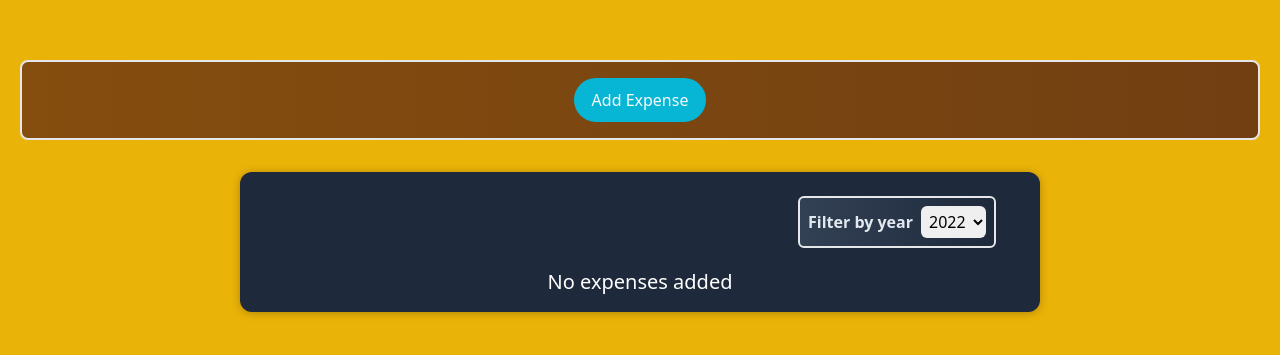
Repository: Sef24/expense-tracker
Page: /
The author's editor kept a copy of each file at every save. The page is drawn from the files as they stood at one save, then again after the next save.
The browser window is 1280 px wide. The pictures show the whole page.
The project was rebuilt for these pictures with package versions that can differ from the ones it lists, and the page was loaded fresh each time. Also part of the build but not shown: src/components/ExpenseItem.css, src/components/ExpenseDate.css, src/components/ExpenseDate.js, src/components/ExpenseItem.js, src/components/NewExpense/NewExpense.css, src/components/NewExpense/ExpenseForm.css, src/components/NewExpense/ExpenseForm.js.

Above is the page before, as saved 2022-05-03 20:27:50.

### public/index.html
<!DOCTYPE html>
<html lang="en">
  <head>
    <meta charset="utf-8" />
    <link rel="icon" href="%PUBLIC_URL%/favicon.ico" />
    <meta name="viewport" content="width=device-width, initial-scale=1" />

    <meta
      name="description"
      content="Web site created using create-react-app"
    />
    <link rel="apple-touch-icon" href="%PUBLIC_URL%/logo192.png" />
    <!--
      manifest.json provides metadata used when your web app is installed on a
      user's mobile device or desktop. See https://developers.google.com/web/fundamentals/web-app-manifest/
    -->
    <link rel="manifest" href="%PUBLIC_URL%/manifest.json" />
    <!--
      Notice the use of %PUBLIC_URL% in the tags above.
      It will be replaced with the URL of the `public` folder during the build.
      Only files inside the `public` folder can be referenced from the HTML.

      Unlike "/favicon.ico" or "favicon.ico", "%PUBLIC_URL%/favicon.ico" will
      work correctly both with client-side routing and a non-root public URL.
      Learn how to configure a non-root public URL by running `npm run build`.
    -->
    <title>React App</title>
  </head>
  <body>
    <noscript>You need to enable JavaScript to run this app.</noscript>
    <div id="root"></div>
    <!--
      This HTML file is a template.
      If you open it directly in the browser, you will see an empty page.

      You can add webfonts, meta tags, or analytics to this file.
      The build step will place the bundled scripts into the <body> tag.

      To begin the development, run `npm start` or `yarn start`.
      To create a production bundle, use `npm run build` or `yarn build`.
    -->
  </body>
</html>

### src/index.css
@tailwind base;
@tailwind components;
@tailwind utilities;

@layer base {
  body {
    @apply bg-yellow-500;
  }
}

### src/App.js
import Expenses from "./components/Expenses";
import NewExpense from "./components/NewExpense/NewExpense";
import { useState } from "react";

const DUMMY_DATA = [
  {
    id: "e1",
    title: "Phone",
    amount: 94.12,
    date: new Date(2020, 7, 14),
  },
  { id: "e2", title: "New TV", amount: 799.49, date: new Date(2021, 2, 12) },
  {
    id: "e3",
    title: "Car Insurance",
    amount: 294.67,
    date: new Date(2021, 2, 28),
  },
  {
    id: "e4",
    title: "New Desk (Wooden)",
    amount: 450,
    date: new Date(2021, 5, 12),
  },
];

function App() {
  const [expenses, setExpenses] = useState(DUMMY_DATA);

  const addExpenseHandler = (expense) => {
    setExpenses((prevExpenses) => {
      return [expense, ...prevExpenses];
    });
  };
  return (
    <div>
      <div>
        <NewExpense onAddExpense={addExpenseHandler} />
        <Expenses items={expenses} />
      </div>
    </div>
  );
}

export default App;

### src/components/Expenses.js
import React, { useState } from "react";

import "./Expenses.css";
import ExpensesList from "./ExpensesList";
import ExpensesFilter from "./NewExpense/ExpensesFilter";

function Expenses(props) {
  const [filteredYear, setFilteredYear] = useState("2022");

  const filterChangeHandler = (selectedYear) => {
    setFilteredYear(selectedYear);
  };

  const filteredExpenses = props.items.filter((expense) => {
    return expense.date.getFullYear().toString() === filteredYear;
  });

  return (
    <div>
      <div className="expenses  bg-slate-800 ... ">
        <ExpensesFilter
          selected={filteredYear}
          onChangeFilter={filterChangeHandler}
        />
        <ExpensesList items={filteredExpenses} />
      </div>
    </div>
  );
}

export default Expenses;

### src/components/NewExpense/NewExpense.js
import React from "react";
import "./NewExpense.css";
import ExpenseForm from "./ExpenseForm";
import { useState } from "react";

function NewExpense(props) {
  const [isEditing, setIsEditing] = useState(false);

  const saveExpenseDataHandler = (enteredExpenseData) => {
    const expenseData = {
      ...enteredExpenseData,
      id: Math.random().toString(),
    };

    props.onAddExpense(expenseData);
    setIsEditing(false);
  };

  const startEditingHandler = () => {
    setIsEditing(true);
  };

  const stopEditingHandler = () => {
    setIsEditing(false);
  };

  return (
    <div className="flex flex-col sm:flex-row m-5 justify-between items-center h-auto rounded-lg">
      <div
        className="flex flex-grow justify-evenly w-full p-4 mt-10 items-center  border-2
        bg-gradient-to-r from-yellow-800 to-yellow-900 ... px-10 rounded-lg "
      >
        {!isEditing && (
          <button
            onClick={startEditingHandler}
            className="flex  items-center justify-center border-2 border-cyan-500 p-2 px-4 rounded-full text-slate-50
          cursor-pointer transition duration-100 transform hover:scale-125 hover:text-white
          bg-cyan-500 text-extra-bold
          "
          >
            Add Expense
          </button>
        )}
        {isEditing && (
          <ExpenseForm
            onSaveExpenseData={saveExpenseDataHandler}
            onCancel={stopEditingHandler}
          />
        )}
      </div>
    </div>
  );
}

export default NewExpense;

### src/components/Expenses.css
.expenses {
  padding: 1rem;

  margin: 2rem auto;
  width: 50rem;
  max-width: 95%;
  border-radius: 12px;
  box-shadow: 0 1px 8px rgba(0, 0, 0, 0.25);
}

### src/components/ExpensesList.js
import React from "react";

import ExpenseItem from "./ExpenseItem";

const ExpensesList = (props) => {
  if (props.items.length === 0) {
    return (
      <h2 className="text-white font-light text-xl flex items-center justify-center mt-3">
        No expenses added
      </h2>
    );
  }

  return (
    <ul>
      {props.items.map((expense) => (
        <ExpenseItem
          key={expense.id}
          id={expense.id}
          title={expense.title}
          amount={expense.amount}
          date={expense.date}
        />
      ))}
    </ul>
  );
};

export default ExpensesList;

### src/components/NewExpense/ExpensesFilter.js
import React from "react";

const ExpensesFilter = (props) => {
  const dropdownChangeHandler = (event) => {
    props.onChangeFilter(event.target.value);
  };
  return (
    <div className="">
      <div className="flex justify-end p-2 mr-5 ">
        <div
          className="border-2 rounded-md border-inherit p-2 ml-6
        bg-gradient-to-r from-slate-700 to-slate-800 ..."
        >
          <label className="text-slate-200 font-bold mr-2">
            Filter by year
          </label>
          <select
            value={props.selected}
            onChange={dropdownChangeHandler}
            className="rounded-md p-1"
          >
            <option value="2022">2022</option>
            <option value="2021">2021</option>
            <option value="2020">2020</option>
            <option value="2019">2019</option>
          </select>
        </div>
      </div>
    </div>
  );
};

export default ExpensesFilter;

Loaded but not shown: src/index.js (common file); tailwind.config.js (common file)

After the next save:
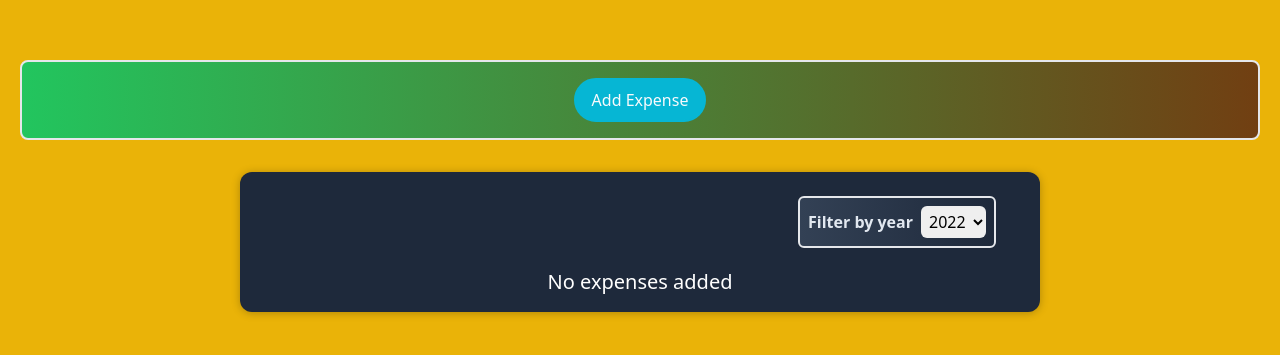
Saved 12 s later.
--- a/src/components/NewExpense/NewExpense.js
+++ b/src/components/NewExpense/NewExpense.js
@@ -28,7 +28,7 @@ function NewExpense(props) {
     <div className="flex flex-col sm:flex-row m-5 justify-between items-center h-auto rounded-lg">
       <div
         className="flex flex-grow justify-evenly w-full p-4 mt-10 items-center  border-2
-        bg-gradient-to-r from-yellow-800 to-yellow-900 ... px-10 rounded-lg "
+        bg-gradient-to-r from-green-500 to-yellow-900 ... px-10 rounded-lg "
       >
         {!isEditing && (
           <button
